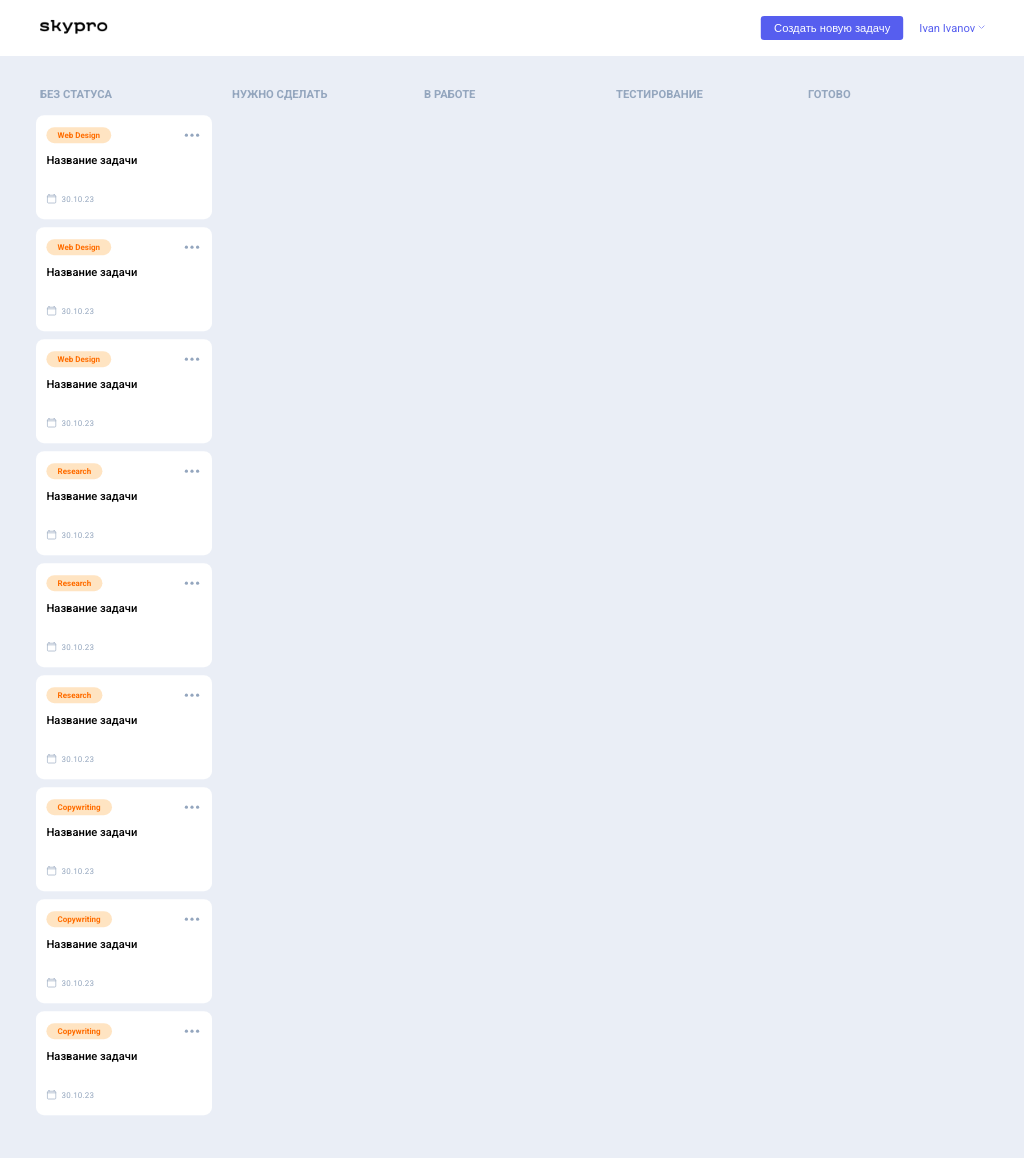
Repository: Olchik-resh/skypro-kanban
Page: /
An editor plug-in stored every save of this project. The page is shown before and after the next save, followed by the edit.
The browser window is 1280 px wide. The pictures show the whole page, at 80% of full size.
The project was rebuilt for these pictures with package versions that can differ from the ones it lists, and the page was loaded fresh each time. Also part of the build but not shown: vite.config.js.

Above is the page before, as saved 2025-07-27 14:21:54.

### index.html
<!doctype html>
<html lang="">
  <head>
    <meta charset="UTF-8" />
    <link rel="icon" href="/public/favicon.ico" />
    <meta name="viewport" content="width=device-width, initial-scale=1.0" />
    <link rel="preconnect" href="https://fonts.googleapis.com" />
    <link rel="preconnect" href="https://fonts.gstatic.com" crossorigin />
    <link
      href="https://fonts.googleapis.com/css2?family=Roboto+Flex:opsz,wght@8..144,200;8..144,300;8..144,400;8..144,700;8..144,800;8..144,900&family=Roboto:wght@400;500;700&display=swap"
      rel="stylesheet"
    />
    <title>Skypro</title>
  </head>
  <body>
    <div id="app"></div>
    <script type="module" src="/src/main.js"></script>
  </body>
</html>

### src/components/BaseHeader.vue
<template>
  <header class="header">
    <div class="container">
      <div class="header__block">
        <div class="header__logo _show _light">
          <a href="" target="_self"><img src="/src/assets/images/logo.png" alt="logo" /></a>
        </div>
        <div class="header__logo _dark">
          <a href="" target="_self"><img src="/src/assets/images/logo_dark.png" alt="logo" /></a>
        </div>
        <nav class="header__nav">
          <button class="header__btn-main-new _hover01" id="btnMainNew">
            <a href="#popNewCard">Создать новую задачу</a>
          </button>
          <UserModal />
        </nav>
      </div>
    </div>
  </header>
</template>

<script setup>
import UserModal from './UserModal.vue'
</script>

<style lang="scss" scoped></style>

### src/components/ExitModal.vue
<template>
  <div class="pop-exit__container">
    <div class="pop-exit__block">
      <div class="pop-exit__ttl">
        <h2>Выйти из аккаунта?</h2>
      </div>
      <form class="pop-exit__form" id="formExit" action="#">
        <div class="pop-exit__form-group">
          <button class="pop-exit__exit-yes _hover01" id="exitYes">
            <a href="modal/signin.html">Да, выйти</a>
          </button>
          <button class="pop-exit__exit-no _hover03" id="exitNo">
            <a href="main.html">Нет, остаться</a>
          </button>
        </div>
      </form>
    </div>
  </div>
</template>

<script setup></script>

<style lang="scss" scoped></style>

### src/components/NewCardModal.vue
<template>
  <div class="pop-new-card__container">
    <div class="pop-new-card__block">
      <div class="pop-new-card__content">
        <h3 class="pop-new-card__ttl">Создание задачи</h3>
        <a href="#" class="pop-new-card__close">&#10006;</a>
        <div class="pop-new-card__wrap">
          <form class="pop-new-card__form form-new" id="formNewCard" action="#">
            <div class="form-new__block">
              <label for="formTitle" class="subttl">Название задачи</label>
              <input
                class="form-new__input"
                type="text"
                name="name"
                id="formTitle"
                placeholder="Введите название задачи..."
                autofocus
              />
            </div>
            <div class="form-new__block">
              <label for="textArea" class="subttl">Описание задачи</label>
              <textarea
                class="form-new__area"
                name="text"
                id="textArea"
                placeholder="Введите описание задачи..."
              ></textarea>
            </div>
          </form>
          <div class="pop-new-card__calendar calendar">
            <p class="calendar__ttl subttl">Даты</p>
            <div class="calendar__block">
              <div class="calendar__nav">
                <div class="calendar__month">Сентябрь 2023</div>
                <div class="nav__actions">
                  <div class="nav__action" data-action="prev">
                    <svg
                      xmlns="http://www.w3.org/2000/svg"
                      width="6"
                      height="11"
                      viewBox="0 0 6 11"
                    >
                      <path
                        d="M5.72945 1.95273C6.09018 1.62041 6.09018 1.0833 5.72945 0.750969C5.36622 0.416344 4.7754 0.416344 4.41218 0.750969L0.528487 4.32883C-0.176162 4.97799 -0.176162 6.02201 0.528487 6.67117L4.41217 10.249C4.7754 10.5837 5.36622 10.5837 5.72945 10.249C6.09018 9.9167 6.09018 9.37959 5.72945 9.04727L1.87897 5.5L5.72945 1.95273Z"
                      />
                    </svg>
                  </div>
                  <div class="nav__action" data-action="next">
                    <svg
                      xmlns="http://www.w3.org/2000/svg"
                      width="6"
                      height="11"
                      viewBox="0 0 6 11"
                    >
                      <path
                        d="M0.27055 9.04727C-0.0901833 9.37959 -0.0901832 9.9167 0.27055 10.249C0.633779 10.5837 1.2246 10.5837 1.58783 10.249L5.47151 6.67117C6.17616 6.02201 6.17616 4.97799 5.47151 4.32883L1.58782 0.75097C1.2246 0.416344 0.633778 0.416344 0.270549 0.75097C-0.0901831 1.0833 -0.090184 1.62041 0.270549 1.95273L4.12103 5.5L0.27055 9.04727Z"
                      />
                    </svg>
                  </div>
                </div>
              </div>
              <div class="calendar__content">
                <div class="calendar__days-names">
                  <div class="calendar__day-name">пн</div>
                  <div class="calendar__day-name">вт</div>
                  <div class="calendar__day-name">ср</div>
                  <div class="calendar__day-name">чт</div>
                  <div class="calendar__day-name">пт</div>
                  <div class="calendar__day-name -weekend-">сб</div>
                  <div class="calendar__day-name -weekend-">вс</div>
                </div>
                <div class="calendar__cells">
                  <div class="calendar__cell _other-month">28</div>
                  <div class="calendar__cell _other-month">29</div>
                  <div class="calendar__cell _other-month">30</div>
                  <div class="calendar__cell _cell-day">31</div>
                  <div class="calendar__cell _cell-day">1</div>
                  <div class="calendar__cell _cell-day _weekend">2</div>
                  <div class="calendar__cell _cell-day _weekend">3</div>
                  <div class="calendar__cell _cell-day">4</div>
                  <div class="calendar__cell _cell-day">5</div>
                  <div class="calendar__cell _cell-day">6</div>
                  <div class="calendar__cell _cell-day">7</div>
                  <div class="calendar__cell _cell-day _current">8</div>
                  <div class="calendar__cell _cell-day _weekend">9</div>
                  <div class="calendar__cell _cell-day _weekend">10</div>
                  <div class="calendar__cell _cell-day">11</div>
                  <div class="calendar__cell _cell-day">12</div>
                  <div class="calendar__cell _cell-day">13</div>
                  <div class="calendar__cell _cell-day">14</div>
                  <div class="calendar__cell _cell-day">15</div>
                  <div class="calendar__cell _cell-day _weekend">16</div>
                  <div class="calendar__cell _cell-day _weekend">17</div>
                  <div class="calendar__cell _cell-day">18</div>
                  <div class="calendar__cell _cell-day">19</div>
                  <div class="calendar__cell _cell-day">20</div>
                  <div class="calendar__cell _cell-day">21</div>
                  <div class="calendar__cell _cell-day">22</div>
                  <div class="calendar__cell _cell-day _weekend">23</div>
                  <div class="calendar__cell _cell-day _weekend">24</div>
                  <div class="calendar__cell _cell-day">25</div>
                  <div class="calendar__cell _cell-day">26</div>
                  <div class="calendar__cell _cell-day">27</div>
                  <div class="calendar__cell _cell-day">28</div>
                  <div class="calendar__cell _cell-day">29</div>
                  <div class="calendar__cell _cell-day _weekend">30</div>
                  <div class="calendar__cell _other-month _weekend">1</div>
                </div>
              </div>

              <input type="hidden" id="datepick_value" value="08.09.2023" />
              <div class="calendar__period">
                <p class="calendar__p date-end">
                  Выберите срок исполнения <span class="date-control"></span>.
                </p>
              </div>
            </div>
          </div>
        </div>
        <div class="pop-new-card__categories categories">
          <p class="categories__p subttl">Категория</p>
          <div class="categories__themes">
            <div class="categories__theme _orange _active-category">
              <p class="_orange">Web Design</p>
            </div>
            <div class="categories__theme _green">
              <p class="_green">Research</p>
            </div>
            <div class="categories__theme _purple">
              <p class="_purple">Copywriting</p>
            </div>
          </div>
        </div>
        <button class="form-new__create _hover01" id="btnCreate">Создать задачу</button>
      </div>
    </div>
  </div>
</template>

<script setup></script>

<style lang="scss" scoped></style>

### src/components/TaskDesk.vue
<template>
  <main class="main">
    <div class="container">
      <div class="main__block">
        <div class="main__content">
          <TaskColumn :tasks="noStatusTask" title="Без статуса" />

          <TaskColumn :tasks="doStatusTask" title="Нужно сделать" />

          <TaskColumn :tasks="workStatusTask" title="В работе" />

          <TaskColumn :tasks="testStatusTask" title="Тестирование" />
          <TaskColumn :tasks="readyStatusTask" title="Готово" />
        </div>
      </div>
    </div>
  </main>
</template>

<script setup>
import { computed, onMounted, ref } from 'vue'
import TaskColumn from './TaskColumn.vue'
import { getTasks } from './mokcs/tasks.js'
const tasks = ref([])
const noStatusTask = computed(() => {
  return tasks.value.filter((el) => {
    return el.status === 'Без статуса'
  })
})
const doStatusTask = computed(() => {
  return tasks.value.filter((el) => {
    return el.status === 'Нужно сделать'
  })
})
const workStatusTask = computed(() => {
  return tasks.value.filter((el) => {
    return el.status === 'В работе'
  })
})
const testStatusTask = computed(() => {
  return tasks.value.filter((el) => {
    return el.status === 'Тестирование'
  })
})
const readyStatusTask = computed(() => {
  return tasks.value.filter((el) => {
    return el.status === 'Готово'
  })
})
onMounted(() => {
  tasks.value = getTasks()
})
</script>

<style lang="scss" scoped></style>

### src/components/UserModal.vue
<template>
  <a
    href="#user-set-target"
    class="header__user _hover02"
    @click="isUserModalVisible = !isUserModalVisible"
    >Ivan Ivanov</a
  >
  <div class="header__pop-user-set pop-user-set" id="user-set-target" v-if="!isUserModalVisible">
    <p class="pop-user-set__name">Ivan Ivanov</p>
    <p class="pop-user-set__mail">ivan.ivanov@gmail.com</p>
    <div class="pop-user-set__theme">
      <p>Темная тема</p>
      <input type="checkbox" class="checkbox" name="checkbox" />
    </div>
    <button type="button" class="_hover03"><a href="#popExit">Выйти</a></button>
  </div>
</template>

<script setup>
import { ref } from 'vue'
const isUserModalVisible = ref(true)
</script>

<style lang="scss" scoped></style>

### src/components/TaskColumn.vue
<template>
  <div class="main__column column">
    <div class="column__title">
      <p>{{ title }}</p>
    </div>
    <TaskCard
      v-for="task in tasks"
      :key="task.id"
      :title="task.title"
      :status="task.status"
      :topic="task.topic"
      :date="task.date"
    />
  </div>
</template>

<script setup>
import TaskCard from './TaskCard.vue'

defineProps({
  tasks: { type: Array, require: true },
  title: { type: String, require: true },
})
</script>

<style lang="scss" scoped></style>

### src/components/mokcs/tasks.js
const tasks = [
  { id: 1, topic: 'Web Design', title: 'Название задачи', date: '30.10.23', status: 'Без статуса' },
  { id: 2, topic: 'Research', title: 'Название задачи', date: '30.10.23', status: 'Без статуса' },
  {
    id: 3,
    topic: 'Copywriting',
    title: 'Название задачи',
    date: '30.10.23',
    status: 'Без статуса',
  },
]

export function getTasks() {
  return tasks
}

### src/components/TaskCard.vue
<template>
  <div class="cards" v-for="task in tasks" :key="task.id">
    <div class="cards__item">
      <div class="cards__card card">
        <div class="card__group">
          <div class="card__theme _orange">
            <p class="_orange">{{ topic }}</p>
          </div>
          <a href="#popBrowse" target="_self">
            <div class="card__btn">
              <div></div>
              <div></div>
              <div></div>
            </div>
          </a>
        </div>
        <div class="card__content">
          <a href="" target="_blank">
            <h3 class="card__title">{{ title }}</h3>
          </a>
          <div class="card__date">
            <svg
              xmlns="http://www.w3.org/2000/svg"
              width="13"
              height="13"
              viewBox="0 0 13 13"
              fill="none"
            >
              <g clip-path="url(#clip0_1_415)">
                <path
                  d="M10.5625 2.03125H2.4375C1.7644 2.03125 1.21875 2.5769 1.21875 3.25V10.5625C1.21875 11.2356 1.7644 11.7812 2.4375 11.7812H10.5625C11.2356 11.7812 11.7812 11.2356 11.7812 10.5625V3.25C11.7812 2.5769 11.2356 2.03125 10.5625 2.03125Z"
                  stroke="#94A6BE"
                  stroke-width="0.8"
                  stroke-linejoin="round"
                />
                <path
                  d="M11.7812 4.0625H1.21875M3.25 1.21875V2.03125V1.21875ZM9.75 1.21875V2.03125V1.21875Z"
                  stroke="#94A6BE"
                  stroke-width="0.8"
                  stroke-linecap="round"
                  stroke-linejoin="round"
                />
              </g>
              <defs>
                <clipPath id="clip0_1_415">
                  <rect width="13" height="13" fill="white" />
                </clipPath>
              </defs>
            </svg>
            <p>{{ date }}</p>
          </div>
        </div>
      </div>
    </div>
  </div>
</template>

<script setup>
import { getTasks } from './mokcs/tasks.js'
import { onMounted, ref } from 'vue'
const tasks = ref([])
onMounted(() => {
  tasks.value = getTasks()
})
defineProps({
  topic: String,
  title: String,
  date: String,
  status: String,
})
</script>

<style lang="scss" scoped></style>

Loaded but not shown: src/App.vue (common file); src/router/index.js (common file); src/main.js (8 lines, source omitted); src/assets/css/main.css (1107 lines, source omitted); src/views/HomeView.vue (200 lines, source omitted)

After the next save:
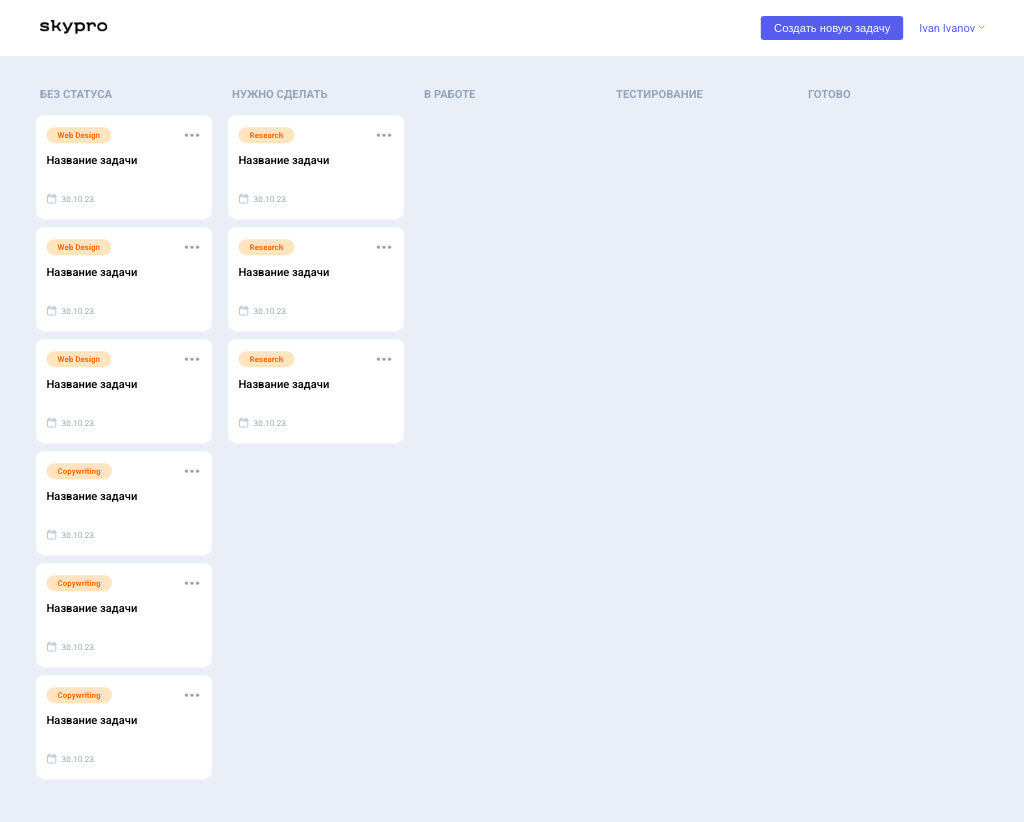
Saved 25 s later.
--- a/src/components/mokcs/tasks.js
+++ b/src/components/mokcs/tasks.js
@@ -1,6 +1,6 @@
 const tasks = [
   { id: 1, topic: 'Web Design', title: 'Название задачи', date: '30.10.23', status: 'Без статуса' },
-  { id: 2, topic: 'Research', title: 'Название задачи', date: '30.10.23', status: 'Без статуса' },
+  { id: 2, topic: 'Research', title: 'Название задачи', date: '30.10.23', status: 'Нужно сделать' },
   {
     id: 3,
     topic: 'Copywriting',
